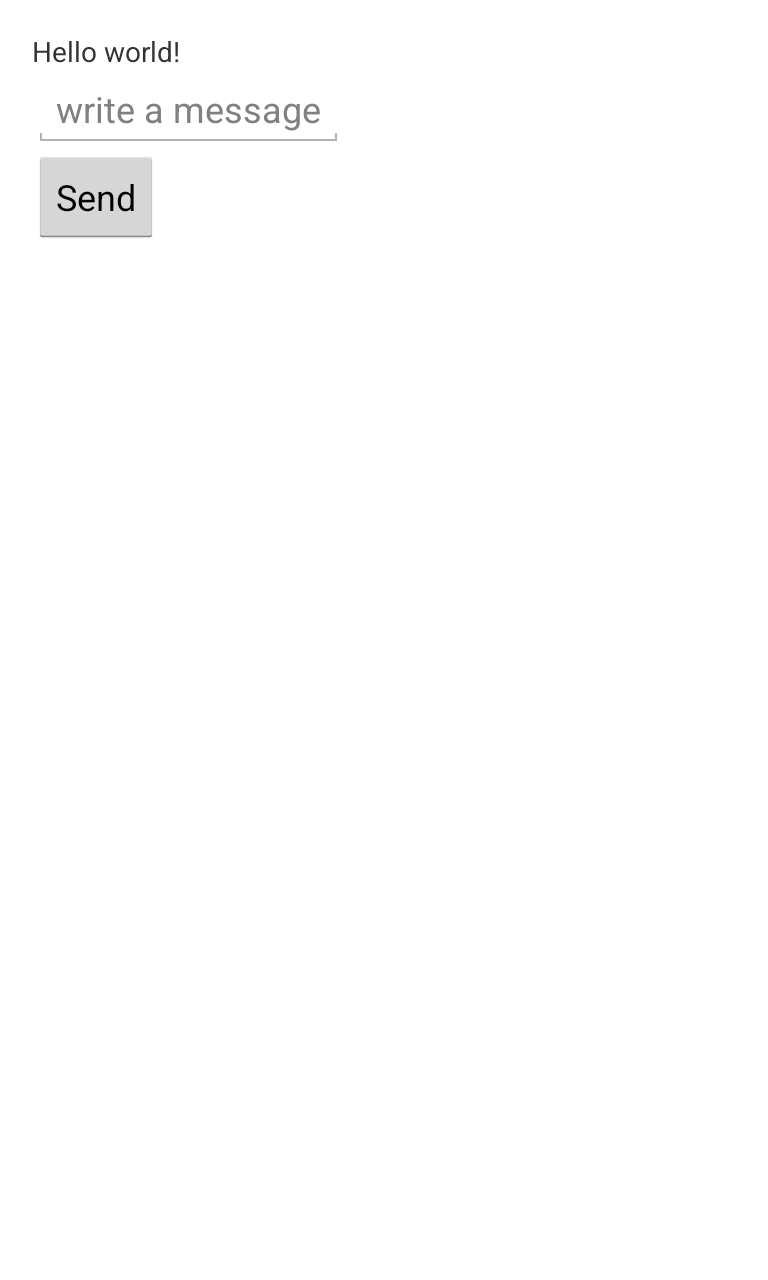
Repository: Nihal369/parse-chat
Layout: helloworld-parse/HelloWordParse/res/layout/activity_parse_hello_world.xml
The author's editor kept a copy of each file at every save. The layout is drawn from the files as they stood at one save, then again after the next save.
It is drawn on a 768 x 1280 px phone screen (xhdpi) without system bars, with theme AppTheme; the app's code is not run.

Above is the layout before, as saved 2014-04-01 16:42:01.

After the next save:
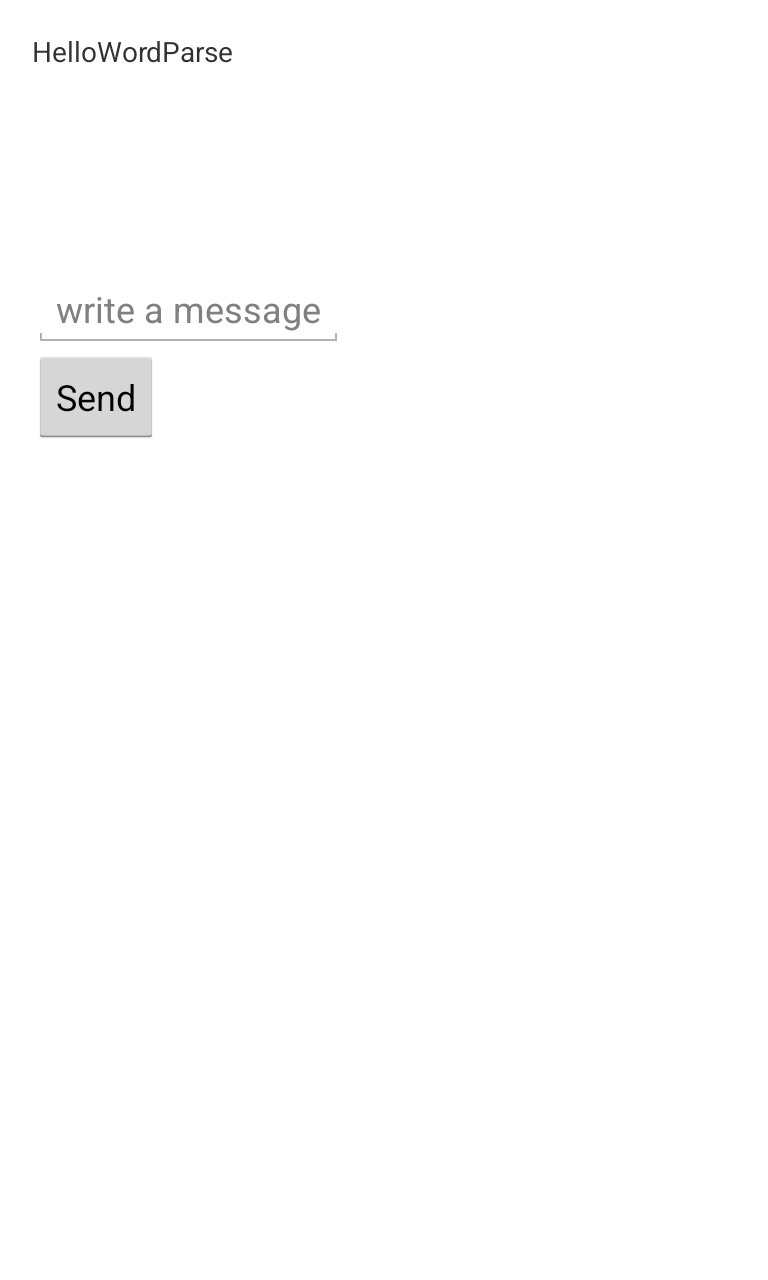
Saved 7 s later.
--- a/helloworld-parse/HelloWordParse/res/layout/activity_parse_hello_world.xml
+++ b/helloworld-parse/HelloWordParse/res/layout/activity_parse_hello_world.xml
@@ -12,20 +12,27 @@
         android:id="@+id/tvTitulo"
         android:layout_width="wrap_content"
         android:layout_height="wrap_content"
-        android:text="@string/hello_world" />
+        android:text="@string/app_name" />
+
+    <TextView
+        android:id="@+id/chatParse"
+        android:layout_width="fill_parent"
+        android:layout_height="100dp"
+        android:layout_below="@id/tvTitulo"
+        />
 
     <EditText
         android:id="@+id/etMensaje"
         android:layout_width="wrap_content"
         android:layout_height="wrap_content"
-        android:hint="@string/hintet"
-        android:layout_below="@id/tvTitulo"/>
+        android:layout_below="@id/chatParse"
+        android:hint="@string/hintet" />
+
     <Button
         android:id="@+id/btnSend"
         android:layout_width="wrap_content"
         android:layout_height="wrap_content"
         android:layout_below="@id/etMensaje"
-        android:text="@string/buttontext"/>
-
+        android:text="@string/buttontext" />
 
 </RelativeLayout>
